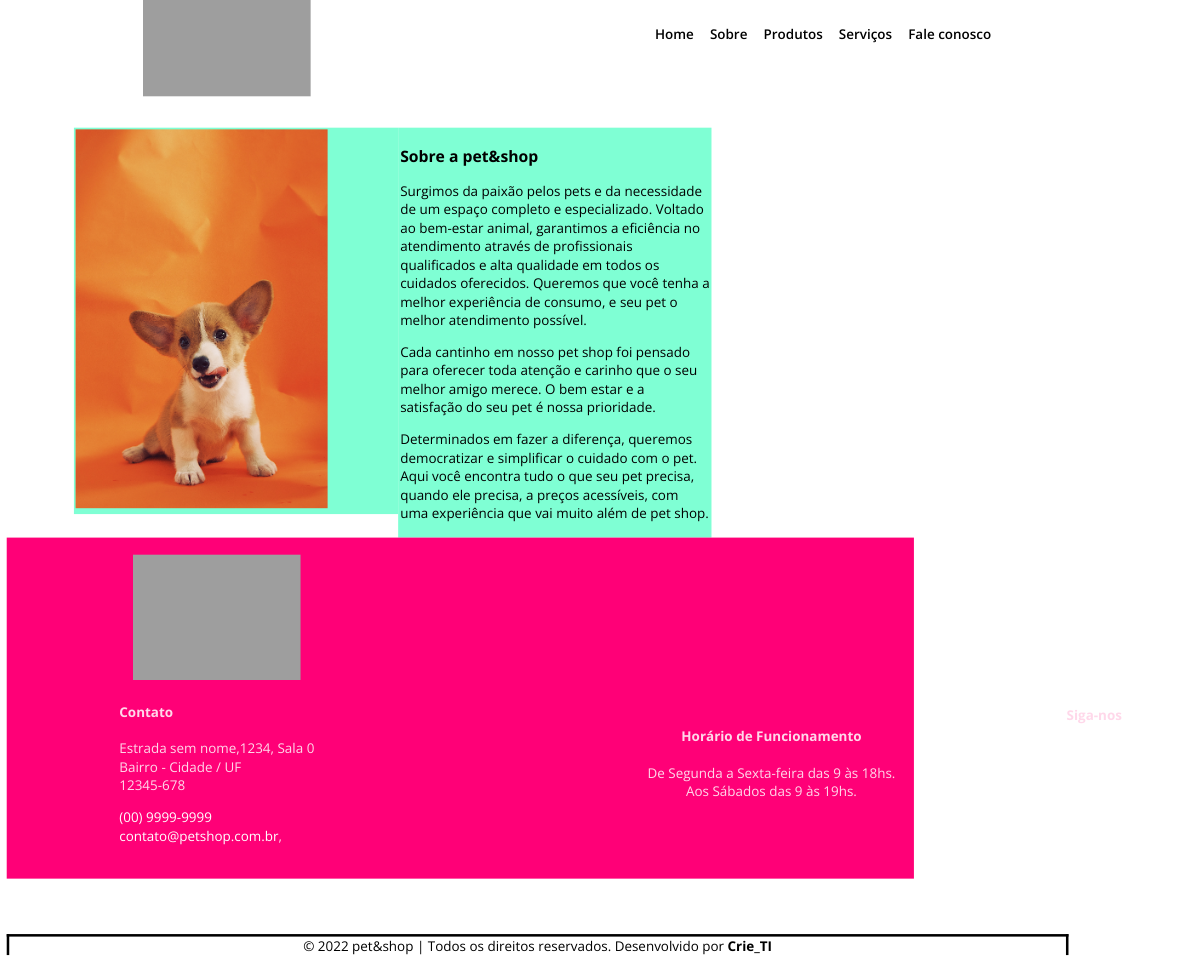
Repository: Iluiscarlos/Projeto-Site-PetShop
Page: About.html
An editor plug-in stored every save of this project. The page is shown before and after the next save, followed by the edit.
The browser window is 1280 px wide. The page is 1418 px wide, then 1280 px, so the pictures cover 1418 px, including what lies to the right of the window. The pictures show the whole page, at 84% of full size.
Pictures or frames that could not be fetched are drawn as grey boxes. Some web libraries are served in a nearby version.

Above is the page before, as saved 2022-04-24 19:35:32.

After the next save:
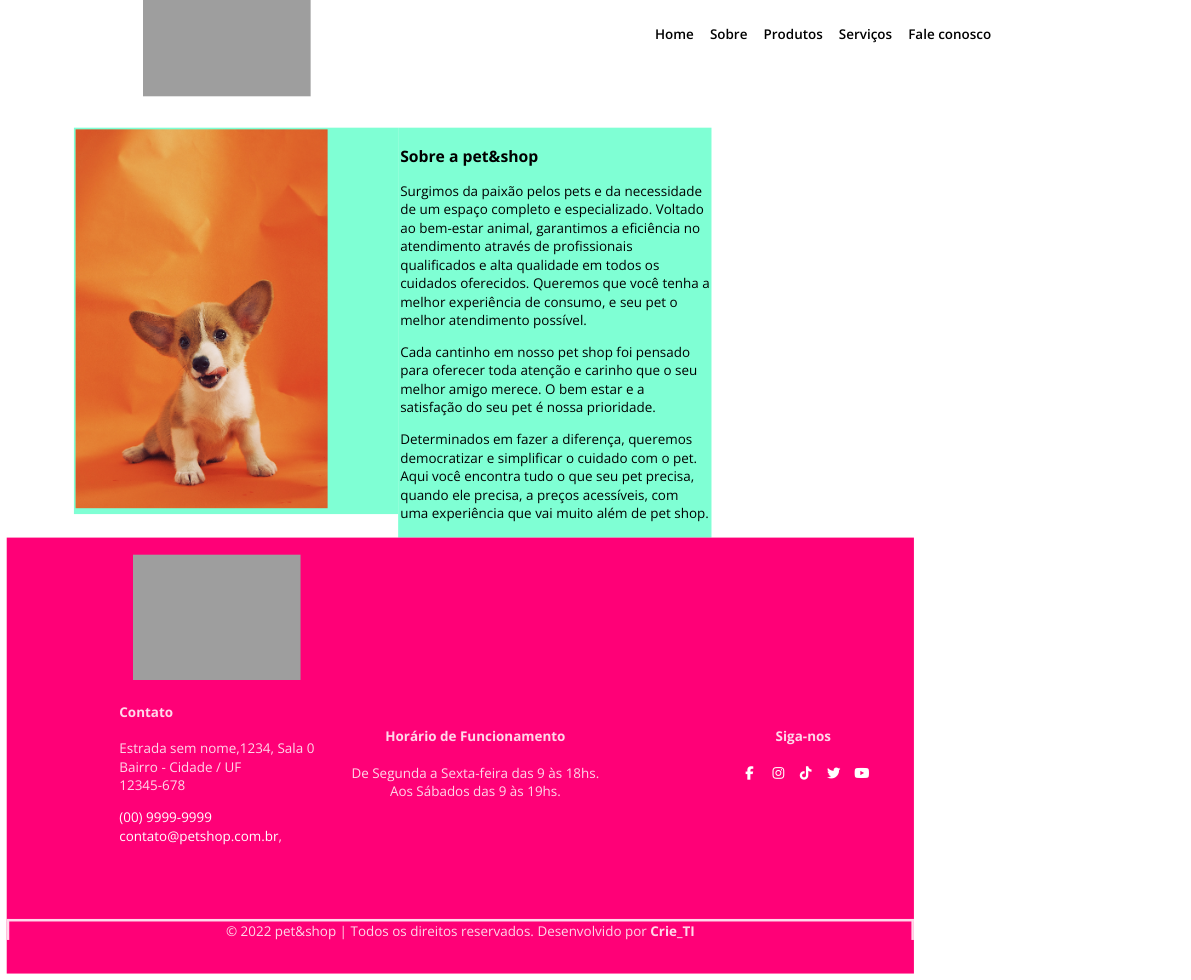
Saved 2 min 28 s later.
--- a/About.html
+++ b/About.html
@@ -58,6 +58,7 @@
       margin: -20px;
       padding-top: 20px;
       padding-bottom: 20px;
+
     }
 
     .column {
@@ -186,7 +187,7 @@
     .column-rede {
       width: 15%;
       display: inline-block;
-
+      max-width: 100%;
       padding: 10px;
       box-sizing: border-box;
     }
@@ -258,7 +259,7 @@
     </div>
   </section>
     <div class="open-time">
-      <div class="container">
+
       <h4 style="text-align: var(contato);">Horário de Funcionamento</h4>
       <p>De Segunda a Sexta-feira das 9 às 18hs.</br>
       Aos Sábados das 9 às 19hs.</p>
@@ -282,7 +283,6 @@
         <i class="fa-brands fa-youtube"></i>
       </div>
       </div>
-    </div>
     </section>
     <br/>
     <br/>
